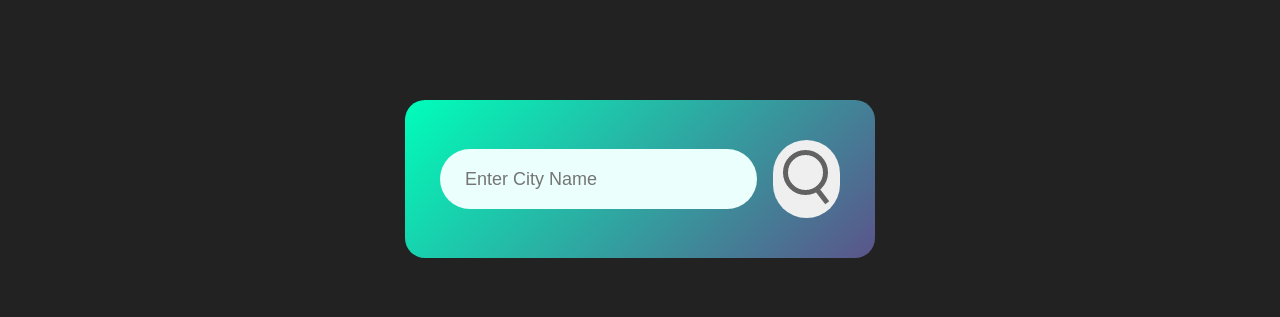
Repository: dubeprince/WeatherApp-Project
Page: WeatherApp/index.html
The author's editor kept a copy of each file at every save. The page is drawn from the files as they stood at one save, then again after the next save.
The browser window is 1280 px wide. The pictures show the whole page.

Above is the page before, as saved 2023-05-26 10:47:33.

After the next save:
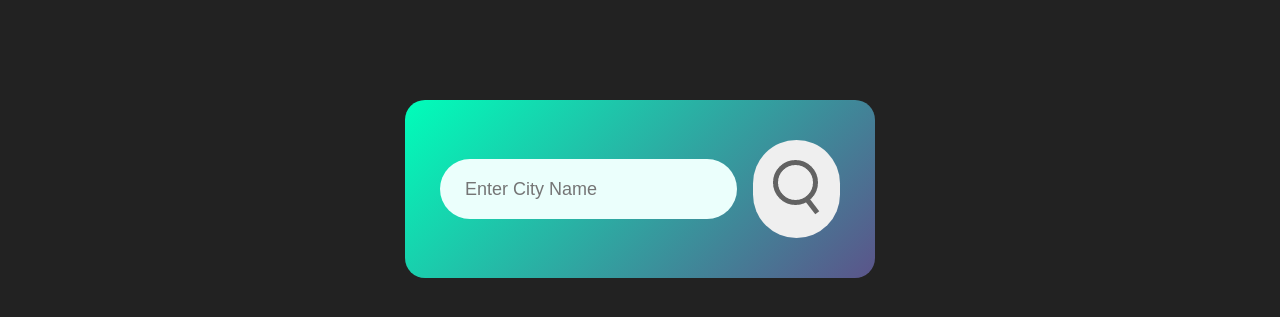
Saved 19 s later.
--- a/WeatherApp/style.css
+++ b/WeatherApp/style.css
@@ -41,5 +41,5 @@ body{
     border: 0;
     outline: 0;
     border-radius: 90px;
-    padding : 10px 10px;
+    padding : 20px 20px;
 }
